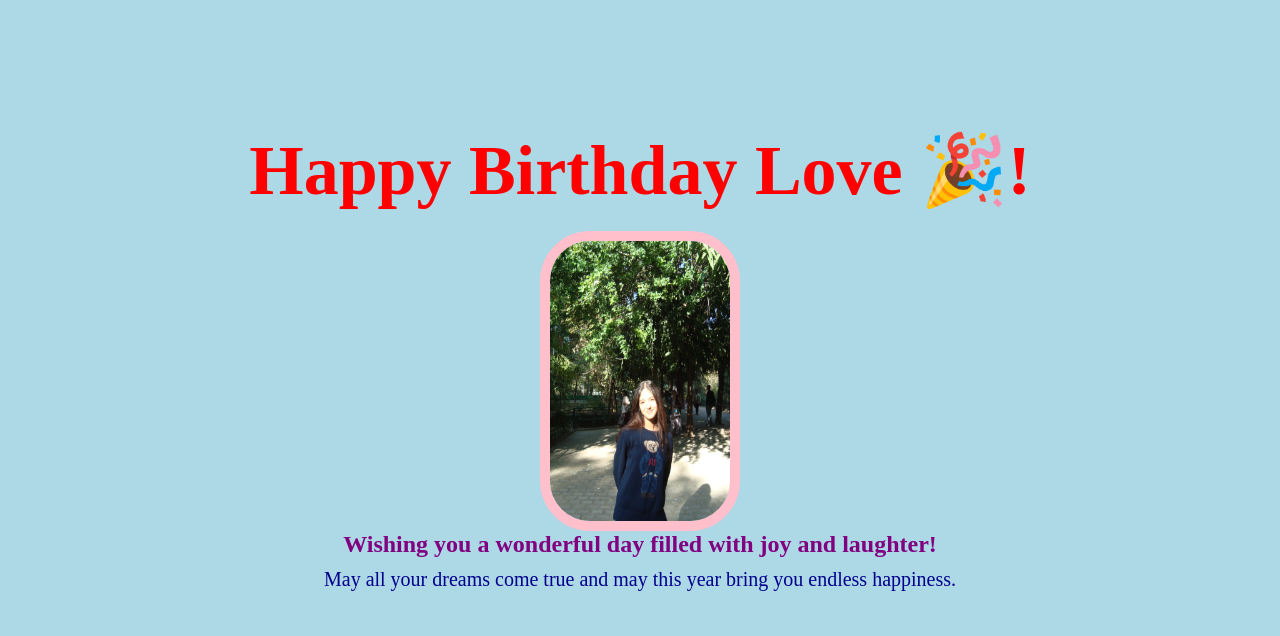
Repository: raghhavv03/html-css-practice
Page: css-task-5/index.html
An editor plug-in stored every save of this project. The page is shown before and after a run of saves, followed by the edit.
The browser window is 1280 px wide. The pictures show the whole page.
Some web fonts or font styles are not loaded; a fallback is used.

Above is the page before, as saved 2026-02-07 16:25:39.

After the next 3 saves:
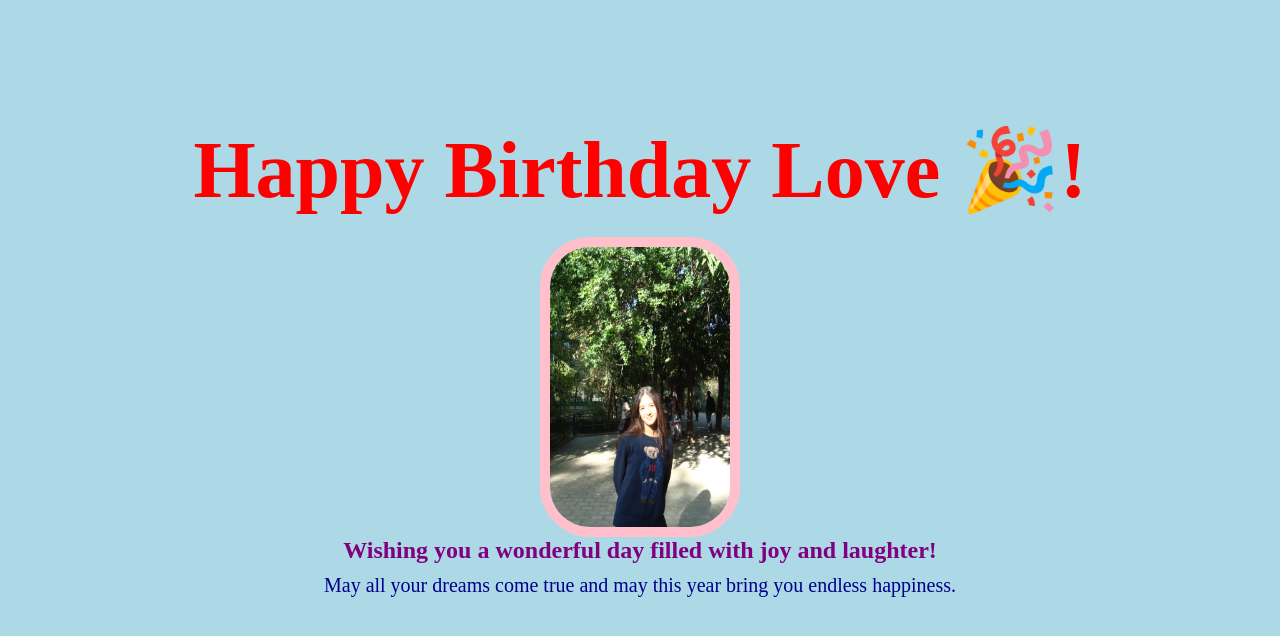
The 3 saves are shown as one change because they came seconds apart.
The last was saved 7 s later.
--- a/css-task-5/style.css
+++ b/css-task-5/style.css
@@ -24,7 +24,7 @@ body {
 }
 
 h1 {
-    font-size: 70px;
+    font-size: 80px;
     color: red;
     margin-bottom: 20px;
 }
